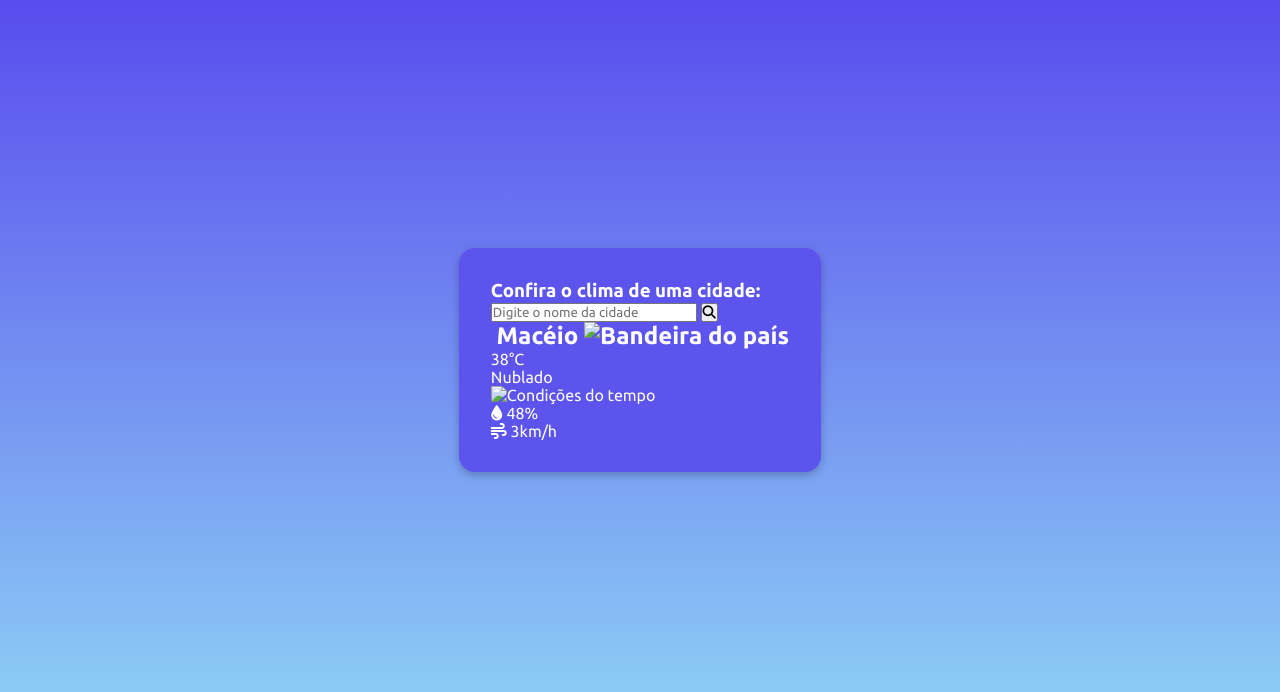
Repository: willamesalmeida/Clima
Page: index.html
The author's editor kept a copy of each file at every save. The page is drawn from the files as they stood at one save, then again after the next save.
The browser window is 1280 px wide. The pictures show the whole page.

Above is the page before, as saved 2022-09-19 16:15:52.

### index.html
<!DOCTYPE html>
<html lang="en">
  <head>
    <meta charset="UTF-8" />
    <meta http-equiv="X-UA-Compatible" content="IE=edge" />
    <meta name="viewport" content="width=device-width, initial-scale=1.0" />
    <title>Clima</title>
    <link rel="stylesheet" href="css/styles.css" />
    <!-- Google Fonts -->
    <link rel="preconnect" href="https://fonts.googleapis.com" />
    <link rel="preconnect" href="https://fonts.gstatic.com" crossorigin />
    <link
      href="https://fonts.googleapis.com/css2?family=Roboto+Flex:opsz,wght@8..144,400;8..144,500&family=Roboto:ital,wght@0,100;0,300;0,400;0,500;0,700;0,900;1,100;1,300;1,400;1,500;1,700;1,900&family=Ubuntu:ital,wght@0,300;0,400;0,500;0,700;1,300;1,400;1,500;1,700&display=swap"
      rel="stylesheet"
    />
    <!-- Font Awesome -->
    <link
      rel="stylesheet"
      href="https://cdnjs.cloudflare.com/ajax/libs/font-awesome/6.2.0/css/all.min.css"
      integrity="sha512-xh6O/CkQoPOWDdYTDqeRdPCVd1SpvCA9XXcUnZS2FmJNp1coAFzvtCN9BmamE+4aHK8yyUHUSCcJHgXloTyT2A=="
      crossorigin="anonymous"
      referrerpolicy="no-referrer"
    />

    <script src="js/script.js"></script>
  </head>
  <body>
    <div class="container">
      <div class="form">
        <h3>Confira o clima de uma cidade:</h3>
        <div class="form-input-container">
          <input
            type="text"
            placeholder="Digite o nome da cidade"
            id="city-input"
          />
          <button id="search">
            <i class="fa-solid fa-magnifying-glass"></i>
          </button>
        </div>
      </div>
      <div id="weather-data">
        <h2>
            <i class="fa-solid fa.location-dot"></i>
            <span id="city"> Macéio</span>
            <img src="" alt="Bandeira do país" id="country"/>
        </h2>
        <p id="temperature"><span>38</span>&deg;C</p>
        <div id="description-container">
            <p id="descrition">Nublado</p>
            <img src="" alt="Condições do tempo" id="weather-icon">
        </div>
        <div id="datails-container">
            <p id="umidity">
                <i class="fa-solid fa-droplet"></i>
                <span>48%</span>
            </p>
            <p id="wind">
                <i class="fa-solid fa-wind"></i>
                <span>3km/h</span>
            </p>
        </div>
      </div>
    </div>
  </body>
</html>

### css/styles.css
/* Geral */
*{
    padding: 0;
    margin: 0;
    font-family: "ubuntu", sans-serif;
}

body{
    background: linear-gradient(180deg, rgba(89,76,238,1)0%, #8dd0f5 100%);
    display: flex;
    justify-content: center;
    align-items: center;
    height: 100vh;
}
.hide{
    display: none;
}

.container{
    background-color: #5c54ed;
    box-shadow: rgba(0,0,0,0.24) 0px 3px 8px;
    padding: 2rem;
    color: #fdfdfd;
    border-radius: 1rem;
}

### js/script.js
//chave da API
//f5efb8fb1dbd3febf146ae616cdf96b5

After the next save:
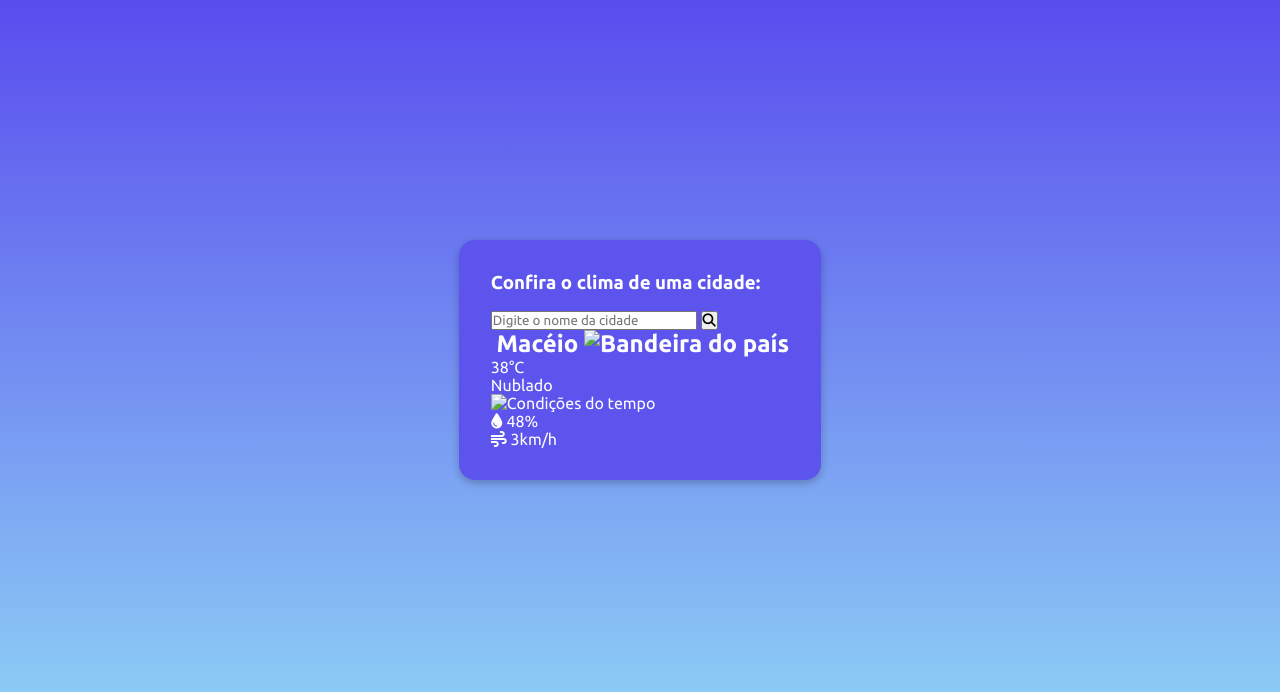
Saved 53 s later.
--- a/css/styles.css
+++ b/css/styles.css
@@ -23,3 +23,7 @@ body{
     color: #fdfdfd;
     border-radius: 1rem;
 }
+
+.form h3{
+    margin-bottom: 1rem;
+}
